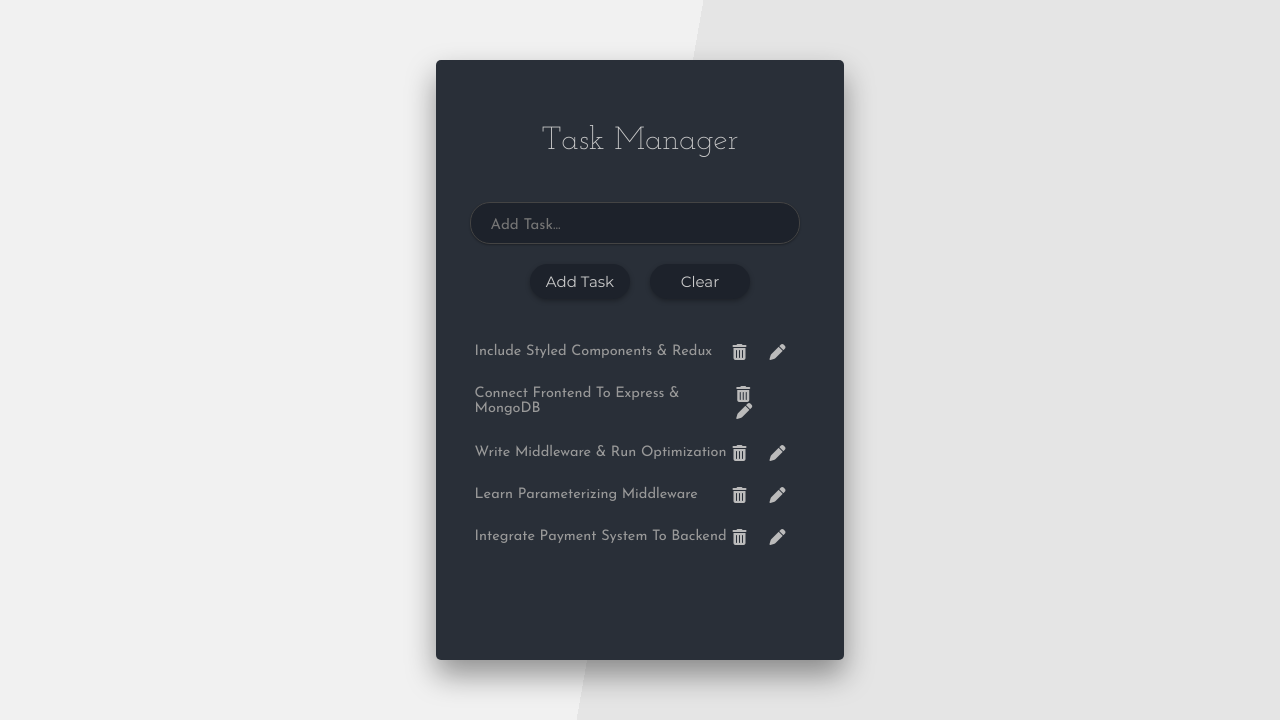
Repository: Kol124/react-task-manager
Page: /
An editor plug-in stored every save of this project. The page is shown before and after the next save, followed by the edit.
The browser window is 1280 px wide. The pictures show the whole page.
Some web libraries are served in a nearby version. The project was rebuilt for these pictures with package versions that can differ from the ones it lists, and the page was loaded fresh each time.

Above is the page before, as saved 2021-06-23 12:48:58.

After the next save:
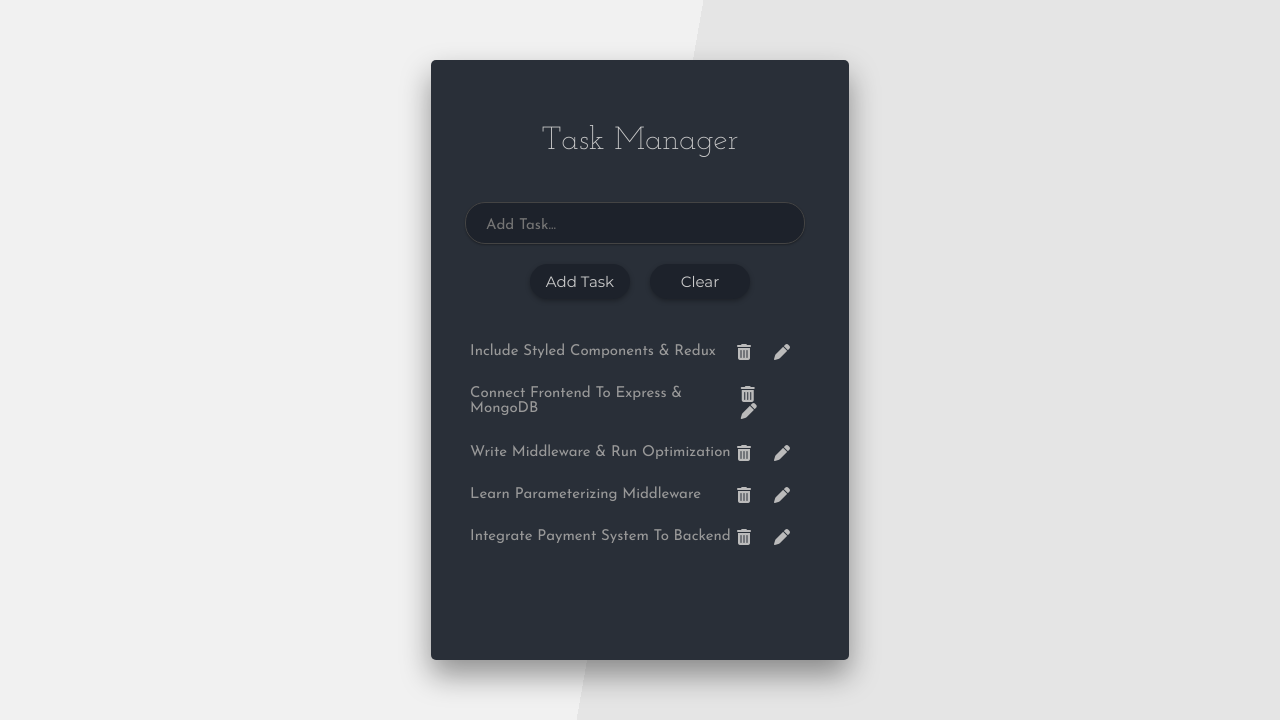
Saved 119 s later.
--- a/src/App.css
+++ b/src/App.css
@@ -130,7 +130,7 @@ html {
 .list-item span {
   font-family: "Josefin Sans", sans-serif;
   color: #999;
-  font-size: 14.5px;
+  font-size: 1.5rem;
   text-transform: capitalize;
 }
 
